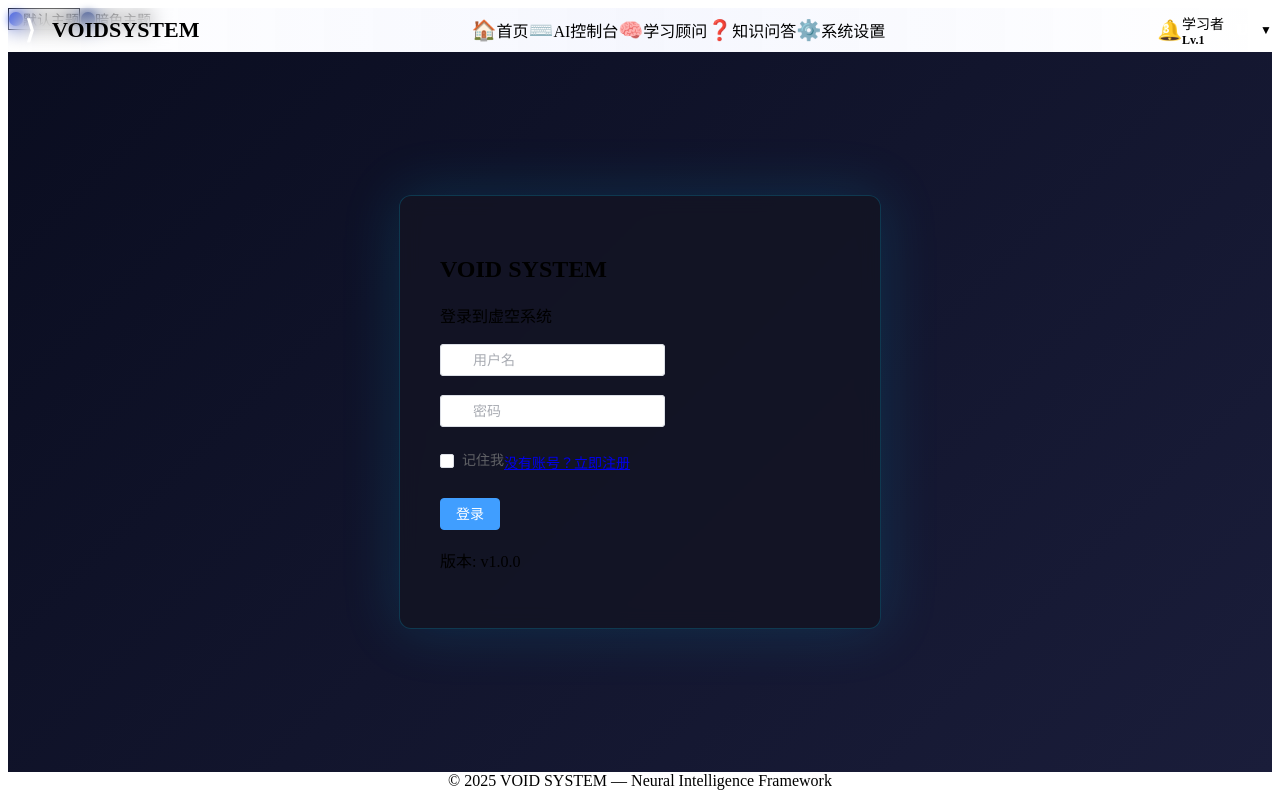
Repository: Void-Creator-Deity/Void-System
Page: /settings (app in void-system-frontend/)
An editor plug-in stored every save of this project. The page is shown before and after a run of saves, followed by the edit.
The browser window is 1280 px wide. The pictures show the whole page.
The project was rebuilt for these pictures with package versions that can differ from the ones it lists, and the page was loaded fresh each time. Also part of the build but not shown: void-system-frontend/vite.config.js.

Above is the page before, as saved 2025-11-20 21:25:37.

### void-system-frontend/index.html
<!doctype html>
<html lang="en">
  <head>
    <meta charset="UTF-8" />
    <link rel="icon" type="image/svg+xml" href="/vite.svg" />
    <meta name="viewport" content="width=device-width, initial-scale=1.0" />
    <title>void-system-frontend</title>
  </head>
  <body>
    <div id="app"></div>
    <script type="module" src="/src/main.js"></script>
  </body>
</html>

### void-system-frontend/src/App.vue
<template>
  <div id="app">
    <!-- 加载遮罩 -->
    <div v-if="isLoading" class="loading-overlay">
      <div class="loading"></div>
      <div class="loading-text">系统初始化中...</div>
    </div>

    <!-- 主题切换按钮 -->
    <div class="theme-switcher">
      <button
        v-for="theme in themes"
        :key="theme.id"
        class="theme-btn"
        :class="{ active: currentTheme === theme.id }"
        :style="{ '--theme-color': theme.color }"
        @click="switchTheme(theme.id)"
        :title="theme.name"
      >
        <span class="theme-dot"></span>
        <span class="theme-name">{{ theme.name }}</span>
      </button>
    </div>

    <!-- 系统顶栏 -->
    <header class="header">
      <div class="container header-container">
        <div class="logo-area flex items-center gap-md">
          <div class="logo">
            <span class="logo-symbol">⟩</span>
          </div>
          <h1 class="system-title">
            <span class="title-void">VOID</span>
            <span class="title-system">SYSTEM</span>
          </h1>
        </div>
        <!-- 桌面端导航 -->
        <nav class="nav-links flex gap-md">
          <NavItem to="/" icon="🏠">首页</NavItem>
          <NavItem to="/ai" icon="⌨️">AI控制台</NavItem>
          <NavItem to="/advisor" icon="🧠">学习顾问</NavItem>
          <NavItem to="/qa" icon="❓">知识问答</NavItem>
          <NavItem to="/settings" icon="⚙️">系统设置</NavItem>
        </nav>

        <!-- 移动端菜单按钮 -->
        <button class="mobile-menu-btn" @click="toggleMobileMenu">
          <span class="menu-icon">☰</span>
        </button>

        <!-- 用户信息 -->
        <div class="user-area flex items-center gap-md">
          <!-- 通知中心 -->
          <div class="notification-center">
            <button class="notification-btn" @click="handleNotificationClick">
              <span class="notification-icon">🔔</span>
              <span v-if="notificationCount > 0" class="notification-badge">{{ notificationCount }}</span>
            </button>
          </div>

          <!-- 用户信息 -->
          <div class="user-profile flex items-center gap-sm">
            <div class="user-details">
              <div class="user-name">{{ userName }}</div>
              <div class="user-level">Lv.{{ userLevel }}</div>
            </div>
            <div class="user-avatar">
              <span>{{ userAvatar }}</span>
            </div>
            <button class="user-menu-btn" @click="toggleUserMenu">
              <span>▼</span>
            </button>
          </div>

          <!-- 用户下拉菜单 -->
          <div v-if="showUserMenu" class="user-dropdown">
            <div class="dropdown-item" @click="goToProfile">个人资料</div>
            <div class="dropdown-item" @click="goToSettings">系统设置</div>
            <div class="dropdown-divider"></div>
            <div class="dropdown-item logout" @click="logout">退出登录</div>
          </div>
        </div>
      </div>
    </header>

    <!-- 主界面内容区 -->
    <main class="main">
      <div class="container">
        <RouterView />
      </div>
    </main>

    <!-- 底部系统信息栏 -->
    <footer class="footer">
      <div class="container">
        <div class="system-info">
          <div class="copyright text-center text-sm text-muted">
            © {{ new Date().getFullYear() }} VOID SYSTEM — Neural Intelligence Framework
          </div>
        </div>
      </div>
    </footer>

    <!-- 移动端导航菜单 -->
    <div v-if="showMobileMenu" class="mobile-nav-overlay">
      <div class="mobile-nav">
        <button class="mobile-close-btn" @click="toggleMobileMenu">×</button>
        <div class="mobile-nav-links flex flex-col gap-lg">
          <NavItem to="/" icon="🏠" @click="toggleMobileMenu">首页</NavItem>
          <NavItem to="/ai" icon="⌨️" @click="toggleMobileMenu">AI控制台</NavItem>
          <NavItem to="/advisor" icon="🧠" @click="toggleMobileMenu">学习顾问</NavItem>
          <NavItem to="/qa" icon="❓" @click="toggleMobileMenu">知识问答</NavItem>
          <NavItem to="/settings" icon="⚙️" @click="toggleMobileMenu">系统设置</NavItem>
        </div>
      </div>
    </div>
  </div>
</template>

<script setup>
import { RouterView, useRouter } from 'vue-router'
import { ref, onMounted } from 'vue'
import NavItem from './components/NavItem.vue'

const router = useRouter()

// 状态管理
const isLoading = ref(false)
const showMobileMenu = ref(false)
const showUserMenu = ref(false)
const notificationCount = ref(3)
const userName = ref('学习者')
const userLevel = ref(1)
const userAvatar = ref('U')
const currentTheme = ref('default')

// 可用主题列表
const themes = [
  { id: 'default', name: '默认主题', color: '#4361ee' },
  { id: 'dark', name: '暗色主题', color: '#1e3a8a' }
]

// NavItem组件已从./components/NavItem.vue导入

// 方法定义
const switchTheme = (themeId) => {
  currentTheme.value = themeId
  // 更新body的data-theme属性
  if (themeId === 'default') {
    document.body.removeAttribute('data-theme')
  } else {
    document.body.setAttribute('data-theme', themeId)
  }
  // 保存到localStorage以便下次加载时使用
  localStorage.setItem('void-system-theme', themeId)
}

const toggleMobileMenu = () => {
  showMobileMenu.value = !showMobileMenu.value
}

const toggleUserMenu = () => {
  showUserMenu.value = !showUserMenu.value
}

const handleNotificationClick = () => {
  // 处理通知点击逻辑
  notificationCount.value = 0
}

const goToProfile = () => {
  showUserMenu.value = false
  // 跳转到个人资料页面
}

const goToSettings = () => {
  showUserMenu.value = false
  router.push('/settings')
}

const logout = () => {
  showUserMenu.value = false
  // 处理退出登录逻辑
  router.push('/login')
}

// 生命周期钩子
onMounted(() => {
  // 从localStorage加载主题设置
  const savedTheme = localStorage.getItem('void-system-theme')
  if (savedTheme) {
    switchTheme(savedTheme)
  }

  // 模拟加载完成
  setTimeout(() => {
    isLoading.value = false
  }, 500)
})
</script>

<style scoped>
/* 加载遮罩 */
  .loading-overlay {
    position: fixed;
    top: 0;
    left: 0;
    right: 0;
    bottom: 0;
    background-color: var(--color-bg-primary);
    display: flex;
    flex-direction: column;
    align-items: center;
    justify-content: center;
    gap: var(--spacing-lg);
    z-index: 9999;
  }

  .loading {
    width: 60px;
    height: 60px;
    border: 4px solid var(--color-bg-tertiary);
    border-top-color: var(--color-primary);
    border-radius: 50%;
    animation: spin 1s linear infinite;
  }

  .loading-text {
    color: var(--color-text-primary);
    font-weight: 600;
    font-size: 1.125rem;
    color: var(--color-primary);
  }
/* 主题切换器 */
  .theme-switcher {
    position: fixed;
    top: var(--spacing-lg);
    right: var(--spacing-lg);
    z-index: 100;
    display: flex;
    gap: var(--spacing-sm);
    background-color: var(--color-bg-secondary);
    border: 1px solid var(--color-border-light);
    border-radius: var(--radius-lg);
    padding: var(--spacing-xs);
  }

  .theme-btn {
    display: flex;
    align-items: center;
    gap: var(--spacing-xs);
    padding: var(--spacing-xs) var(--spacing-sm);
    border: 1px solid transparent;
    border-radius: var(--radius-md);
    background: transparent;
    color: var(--color-text-primary);
    cursor: pointer;
    transition: all var(--transition-fast);
  }

  .theme-btn:hover {
    background-color: var(--color-bg-tertiary);
  }

  .theme-btn.active {
    background-color: var(--color-bg-tertiary);
    border-color: var(--color-primary);
  }

.theme-dot {
  width: 14px;
  height: 14px;
  border-radius: 50%;
  background-color: var(--theme-color);
  box-shadow: 0 0 8px var(--theme-color);
}

.theme-name {
  font-size: 0.875rem;
  font-weight: 500;
}

/* 顶栏样式 - 游戏化界面 */
.header {
  /* 顶栏容器布局 */
  .header-container {
    display: flex;
    align-items: center;
    justify-content: space-between;
  }
  background-color: var(--color-bg-primary);
  background-image: linear-gradient(to right, transparent, rgba(67, 97, 238, 0.05), transparent);
  border-bottom: 1px solid var(--color-border-light);
  padding: var(--spacing-md) 0;
  position: sticky;
  top: 0;
  z-index: 100;
  backdrop-filter: blur(10px);
}

/* 顶栏样式 */
  .header {
    background-color: var(--color-bg-primary);
    border-bottom: 1px solid var(--color-border-light);
    padding: var(--spacing-md) 0;
    position: sticky;
    top: 0;
    z-index: 100;
  }

  .logo-area {
    display: flex;
    align-items: center;
    gap: var(--spacing-md);
  }

  .logo {
    width: 44px;
    height: 44px;
    border-radius: var(--radius-md);
    background: linear-gradient(135deg, var(--color-primary), var(--color-primary-dark));
    display: flex;
    align-items: center;
    justify-content: center;
    color: white;
    font-size: 1.625rem;
    font-weight: bold;
  }

  .system-title {
    font-size: 1.375rem;
    font-weight: 700;
    display: flex;
    gap: var(--spacing-xs);
    margin: 0;
  }

  .title-void {
    color: var(--color-primary);
  }

  .title-system {
    color: var(--color-text-secondary);
    font-weight: 600;
  }

/* 导航样式 */
  .nav-links {
    display: flex;
    gap: var(--spacing-sm);
  }

  .nav-link {
    display: flex;
    align-items: center;
    gap: var(--spacing-xs);
    padding: var(--spacing-sm) var(--spacing-md);
    color: var(--color-text-secondary);
    text-decoration: none;
    border-radius: var(--radius-md);
    transition: all var(--transition-fast);
  }

  .nav-link:hover {
    background-color: var(--color-bg-secondary);
    color: var(--color-text-primary);
  }

  .nav-link.active {
    color: var(--color-primary);
    background-color: rgba(67, 97, 238, 0.08);
  }

  .nav-link.active .nav-indicator {
    position: absolute;
    bottom: 0;
    left: 0;
    width: 100%;
    height: 2px;
    background: var(--color-primary);
    border-radius: var(--radius-full);
  }

  .nav-icon {
    font-size: 1.25rem;
  }

.nav-text {
  font-weight: 500;
}

/* 用户区域 */
  .user-area {
    display: flex;
    align-items: center;
    gap: var(--spacing-md);
  }

  .notification-btn {
    position: relative;
    background: transparent;
    border: none;
    font-size: 1.25rem;
    cursor: pointer;
    padding: var(--spacing-sm);
    border-radius: var(--radius-md);
    transition: all var(--transition-fast);
  }

  .notification-btn:hover {
    background-color: var(--color-bg-secondary);
  }

.notification-badge {
    position: absolute;
    top: 2px;
    right: 2px;
    min-width: 18px;
    height: 18px;
    padding: 0 5px;
    background: var(--color-error);
    color: white;
    font-size: 0.75rem;
    font-weight: 600;
    border-radius: 9px;
    display: flex;
    align-items: center;
    justify-content: center;
  }

.user-profile {
    display: flex;
    align-items: center;
    gap: var(--spacing-sm);
    padding: var(--spacing-xs);
    border-radius: var(--radius-md);
    cursor: pointer;
    transition: all var(--transition-fast);
  }

  .user-profile:hover {
    background-color: var(--color-bg-secondary);
  }

  .user-details {
    display: flex;
    flex-direction: column;
  }

  .user-name {
    font-weight: 500;
    color: var(--color-text-primary);
    font-size: 0.875rem;
  }

  .user-level {
    font-size: 0.75rem;
    color: var(--color-primary);
    font-weight: 600;
  }

  .user-avatar {
    width: 36px;
    height: 36px;
    border-radius: 50%;
    background: linear-gradient(135deg, var(--color-primary), var(--color-secondary));
    color: white;
    display: flex;
    align-items: center;
    justify-content: center;
    font-weight: 600;
    font-size: 1rem;
  }

.user-menu-btn {
  background: transparent;
  border: none;
  font-size: 0.75rem;
  color: var(--color-text-muted);
  cursor: pointer;
  padding: var(--spacing-xs);
  transition: all var(--transition-fast);
}

.user-menu-btn:hover {
  color: var(--color-text-primary);
  transform: translateY(1px);
}

/* 用户下拉菜单 */
  .user-dropdown {
    position: absolute;
    top: calc(100% + var(--spacing-sm));
    right: var(--spacing-md);
    background-color: var(--color-bg-secondary);
    border: 1px solid var(--color-border-light);
    border-radius: var(--radius-lg);
    box-shadow: var(--shadow-lg);
    padding: var(--spacing-xs) 0;
    min-width: 180px;
    z-index: 101;
  }

  .user-dropdown::before {
    content: '';
    position: absolute;
    top: 0;
    left: 0;
    right: 0;
    height: 2px;
    background: var(--color-primary);
  }

  .dropdown-item {
    padding: var(--spacing-sm) var(--spacing-md);
    color: var(--color-text-primary);
    cursor: pointer;
    transition: all var(--transition-fast);
    font-size: 0.875rem;
  }

  .dropdown-item:hover {
    background-color: var(--color-bg-tertiary);
  }

.dropdown-divider {
  height: 1px;
  background-color: var(--color-border);
  margin: var(--spacing-xs) 0;
}

.dropdown-item.logout {
  color: var(--color-error);
  font-weight: 500;
}

.dropdown-item.logout:hover {
  background-color: rgba(239, 68, 68, 0.1);
}

/* 移动端菜单按钮 */
.mobile-menu-btn {
  display: none;
  background: transparent;
  border: none;
  font-size: 1.5rem;
  cursor: pointer;
  padding: var(--spacing-sm);
  border-radius: var(--radius-md);
  transition: background-color var(--transition-fast);
}

.mobile-menu-btn:hover {
  background-color: var(--color-bg-secondary);
}

/* 主内容区 */
  .main {
    flex: 1;
    padding: var(--spacing-xl) 0;
    background-color: var(--color-bg-primary);
  }

/* 底部样式 */
  .footer {
    background-color: var(--color-bg-primary);
    border-top: 1px solid var(--color-border-light);
    padding: var(--spacing-lg) 0;
  }

.system-info {
  text-align: center;
}

/* 数据卡片样式 */
  .stat-card {
    background-color: var(--color-bg-secondary);
    border: 1px solid var(--color-border-light);
    border-radius: var(--radius-lg);
    padding: var(--spacing-lg);
    transition: all var(--transition-normal);
    box-shadow: var(--shadow-md);
  }

  .stat-card::before {
    content: '';
    position: absolute;
    top: 0;
    left: 0;
    right: 0;
    height: 3px;
    background: var(--color-primary);
  }

  .stat-card:hover {
    transform: translateY(-2px);
    box-shadow: var(--shadow-lg);
  }

.stat-icon {
  width: 48px;
  height: 48px;
  border-radius: var(--radius-md);
  background: linear-gradient(135deg, var(--color-primary-light), var(--color-primary));
  display: flex;
  align-items: center;
  justify-content: center;
  font-size: 1.5rem;
  color: white;
  box-shadow: 0 0 15px rgba(67, 97, 238, 0.2);
  margin-bottom: var(--spacing-md);
}

.stat-value {
  font-size: 1.75rem;
  font-weight: 700;
  color: var(--color-text-primary);
  margin-bottom: var(--spacing-xs);
}

.stat-label {
  font-size: 0.875rem;
  color: var(--color-text-secondary);
}

.stat-change {
  font-size: 0.75rem;
  font-weight: 500;
  padding: 2px 6px;
  border-radius: var(--radius-sm);
  display: inline-flex;
  align-items: center;
  gap: 2px;
}

.stat-change.positive {
  background-color: rgba(34, 197, 94, 0.1);
  color: var(--color-success);
}

.stat-change.negative {
  background-color: rgba(239, 68, 68, 0.1);
  color: var(--color-error);
}

/* 移动端导航覆盖 */
  .mobile-nav-overlay {
    position: fixed;
    top: 0;
    left: 0;
    right: 0;
    bottom: 0;
    background-color: rgba(0, 0, 0, 0.5);
    z-index: 200;
    display: flex;
    align-items: center;
    justify-content: center;
  }

  .mobile-nav {
    background-color: var(--color-bg-primary);
    border-radius: var(--radius-lg);
    padding: var(--spacing-lg);
    width: 90%;
    max-width: 400px;
    max-height: 80vh;
    overflow-y: auto;
  }

.mobile-close-btn {
  position: absolute;
  top: var(--spacing-md);
  right: var(--spacing-md);
  background: transparent;
  border: none;
  font-size: 1.5rem;
  cursor: pointer;
  padding: var(--spacing-xs);
  border-radius: var(--radius-md);
  transition: background-color var(--transition-fast);
}

.mobile-close-btn:hover {
  background-color: var(--color-bg-secondary);
}

.mobile-nav-links {
  margin-top: var(--spacing-lg);
}

.mobile-nav-links .nav-link {
  padding: var(--spacing-md);
  font-size: 1.125rem;
}

/* 响应式设计 */
@media (max-width: 768px) {
  .nav-links {
    display: none;
  }

  .mobile-menu-btn {
    display: block;
  }

  .logo {
    width: 40px;
    height: 40px;
    font-size: 1.5rem;
  }

  .system-title {
    font-size: 1.25rem;
  }
}

@media (max-width: 480px) {
  .logo-area {
    gap: var(--spacing-sm);
  }

  .system-title {
    font-size: 0.875rem;
  }

  .user-details {
    display: none;
  }

  .theme-switcher {
    top: var(--spacing-md);
    right: var(--spacing-md);
  }

  .theme-name {
    display: none;
  }

  .main {
    padding: var(--spacing-md) 0;
  }

  .stat-card {
    padding: var(--spacing-md);
  }

  .stat-icon {
    width: 40px;
    height: 40px;
    font-size: 1.25rem;
  }

  .stat-value {
    font-size: 1.5rem;
  }

  .header {
    padding: var(--spacing-sm) 0;
  }

  .logo {
    width: 32px;
    height: 32px;
    font-size: 1.25rem;
  }

  .notification-btn, .user-menu-btn {
    padding: var(--spacing-xs);
  }
}


/* 基础样式优化 */
  html {
    scroll-behavior: smooth;
  }

  ::selection {
    background-color: rgba(67, 97, 238, 0.2);
    color: var(--color-primary);
  }

  button:focus,
  a:focus,
  input:focus,
  textarea:focus,
  select:focus {
    outline: 2px solid var(--color-primary);
    outline-offset: 2px;
  }
</style>

### void-system-frontend/src/components/NavItem.vue
<template>
  <RouterLink
    :to="to"
    class="nav-item"
    custom
    v-slot="{ isActive }"
  >
    <div
      class="nav-link"
      :class="{ active: isActive }"
      @click="(event) => handleClick(event)"
    >
      <span class="nav-icon">{{ icon }}</span>
      <span class="nav-text"><slot /></span>
      <div v-if="isActive" class="nav-indicator"></div>
    </div>
  </RouterLink>
</template>

<script setup>
import { RouterLink } from 'vue-router'

// 定义组件属性
const props = defineProps({
  to: {
    type: String,
    required: true
  },
  icon: {
    type: String,
    default: ''
  }
})

// 定义组件事件
const emit = defineEmits(['click'])

// 处理点击事件
const handleClick = (event) => {
  // 先发出点击事件
  emit('click')
  // 不需要阻止默认行为，因为RouterLink的导航行为应该正常工作
  // 但确保事件冒泡正常
}
</script>

<style scoped>
.nav-item {
  position: relative;
}

.nav-link {
  display: flex;
  align-items: center;
  gap: var(--spacing-xs);
  padding: var(--spacing-sm) var(--spacing-md);
  color: var(--color-text-secondary);
  text-decoration: none;
  border-radius: var(--radius-md);
  transition: all var(--transition-fast);
  cursor: pointer;
}

.nav-link:hover {
  background-color: var(--color-bg-secondary);
  color: var(--color-text-primary);
}

.nav-link.active {
  color: var(--color-primary);
  background-color: rgba(67, 97, 238, 0.08);
}

.nav-indicator {
  position: absolute;
  bottom: 0;
  left: 0;
  width: 100%;
  height: 2px;
  background: var(--color-primary);
  border-radius: var(--radius-full);
}

.nav-icon {
  font-size: 1.25rem;
}

.nav-text {
  font-weight: 500;
}
</style>

Loaded but not shown: void-system-frontend/src/api/user.js (71 lines, source omitted); void-system-frontend/src/router/index.js (83 lines, source omitted); void-system-frontend/src/main.js (19 lines, source omitted); void-system-frontend/src/api/index.js (11 lines, source omitted); void-system-frontend/src/pages/Login.vue (147 lines, source omitted)

After the next 4 saves:
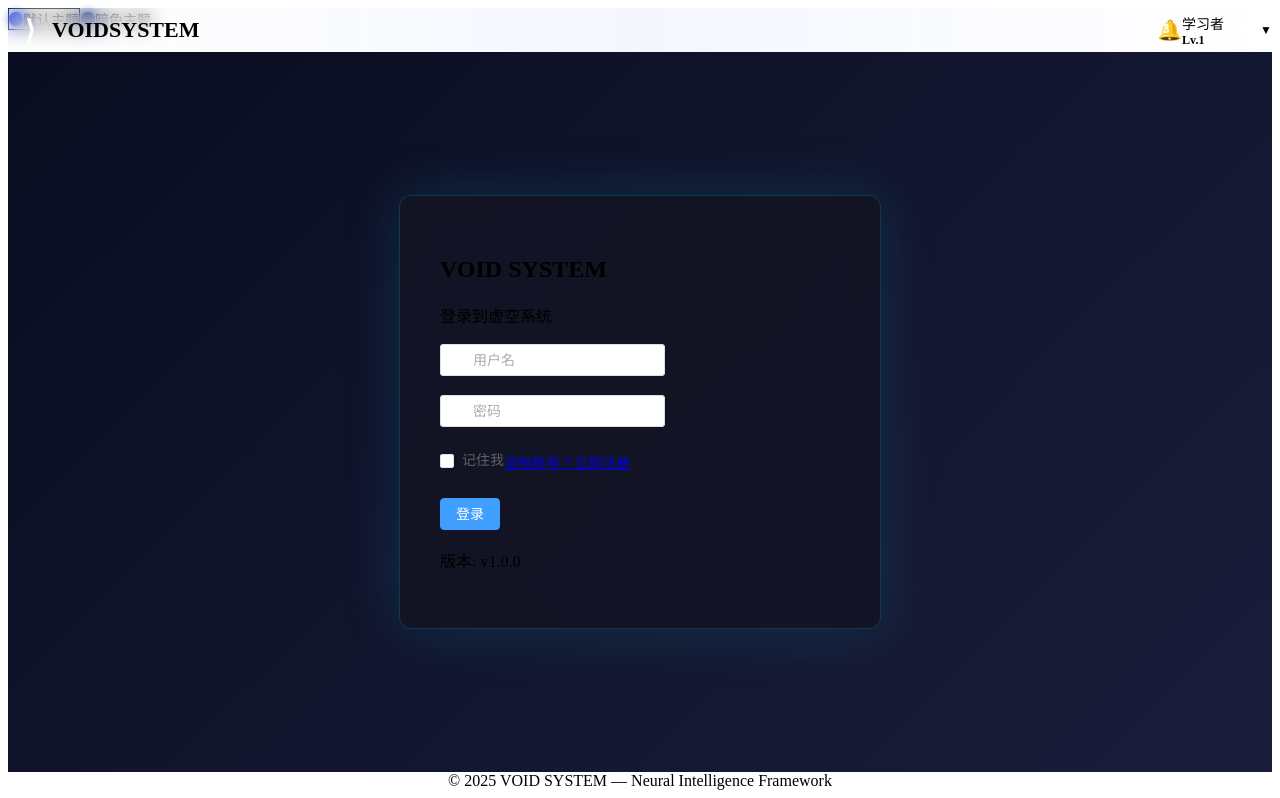
The 4 saves are shown as one change because 1 did not build or start and some came seconds apart.
The last was saved 7 min 30 s later.
--- a/void-system-frontend/src/App.vue
+++ b/void-system-frontend/src/App.vue
@@ -118,10 +118,11 @@
 </template>
 
 <script setup>
-import { RouterView, useRouter } from 'vue-router'
+import { RouterLink, RouterView, useRouter } from 'vue-router'
 import { ref, onMounted } from 'vue'
-import NavItem from './components/NavItem.vue'
-
+
+// 导航项组件
+import { h } from 'vue'
 const router = useRouter()
 
 // 状态管理
@@ -140,7 +141,30 @@ const themes = [
   { id: 'dark', name: '暗色主题', color: '#1e3a8a' }
 ]
 
-// NavItem组件已从./components/NavItem.vue导入
+// 导航项组件增强
+const NavItem = (props, { slots, emit }) => {
+  return h(RouterLink,
+    {
+      to: props.to,
+      class: 'nav-item',
+      custom: true,
+      vSlots: {
+        default: ({ isActive }) => h('div',
+          {
+            class: ['nav-link', isActive ? 'active' : ''],
+            onClick: () => props.onClick && props.onClick()
+          },
+          [
+            h('span', { class: 'nav-icon' }, props.icon),
+            h('span', { class: 'nav-text' }, slots.default()),
+            isActive ? h('div', { class: 'nav-indicator' }) : null
+          ]
+        )
+      }
+    }
+  )
+}
+NavItem.props = ['to', 'icon', 'onClick']
 
 // 方法定义
 const switchTheme = (themeId) => {
